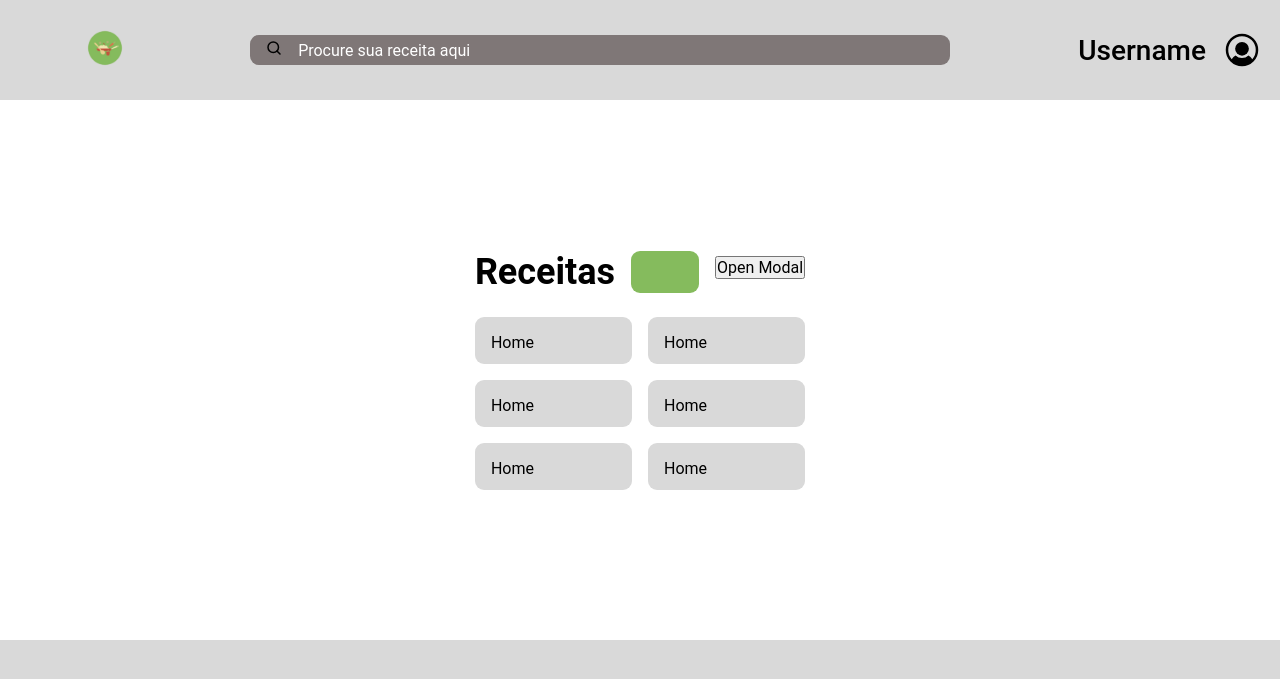
Repository: GabrielEduardoBrambilla/receitas-online
Page: /
These files come from the project's save history. The page is drawn as it stood at one moment and after the next save; the edit follows.
The browser window is 1280 px wide. The pictures show the whole page.
The project was rebuilt for these pictures with package versions that can differ from the ones it lists, and the page was loaded fresh each time. Also part of the build but not shown: vite.config.js.

Above is the page before, as saved 2024-04-15 21:02:31.

After the next save:
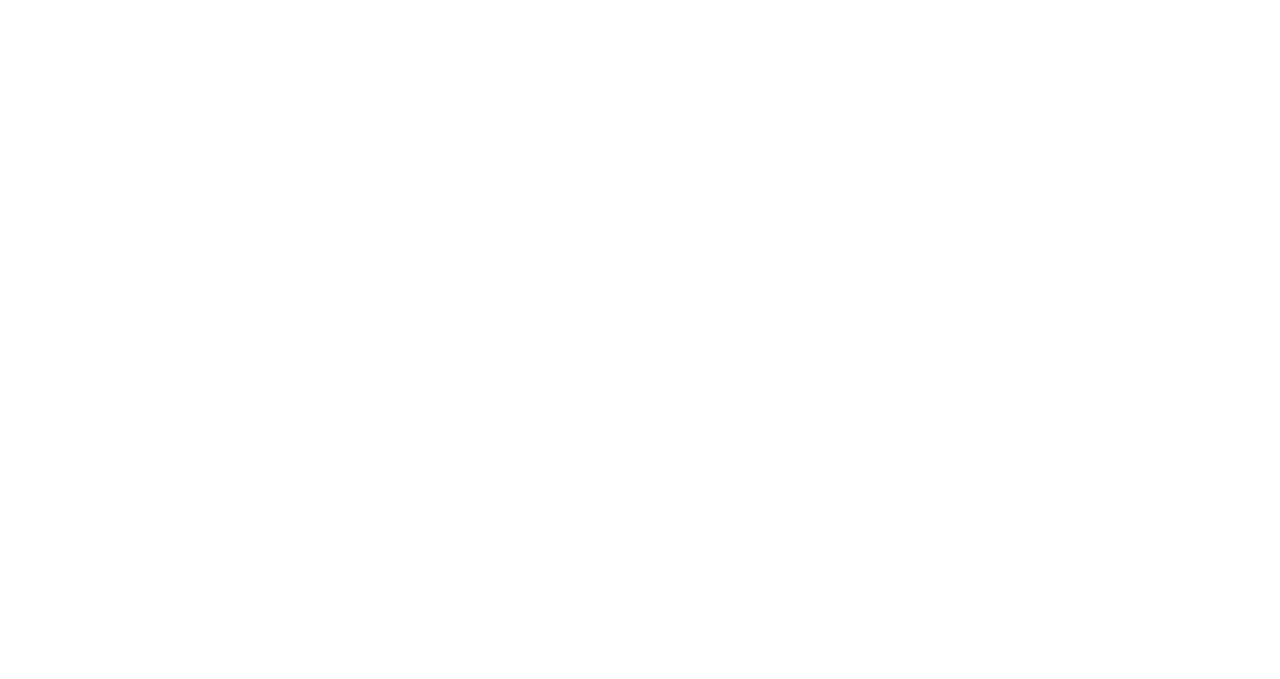
Console error: ReferenceError: buttonText is not defined
Saved 9 s later.
--- a/src/components/RecipeRegisterModal/index.jsx
+++ b/src/components/RecipeRegisterModal/index.jsx
@@ -17,7 +17,7 @@ export function RecipeRegisterModal() {
   }
 
   return <Container>
-      <button onClick={openModal}>Open Modal</button>
+      <button onClick={openModal}>{buttonText}</button>
       <Modal
         isOpen={modalIsOpen}
         onAfterOpen={afterOpenModal}

After the save that followed:
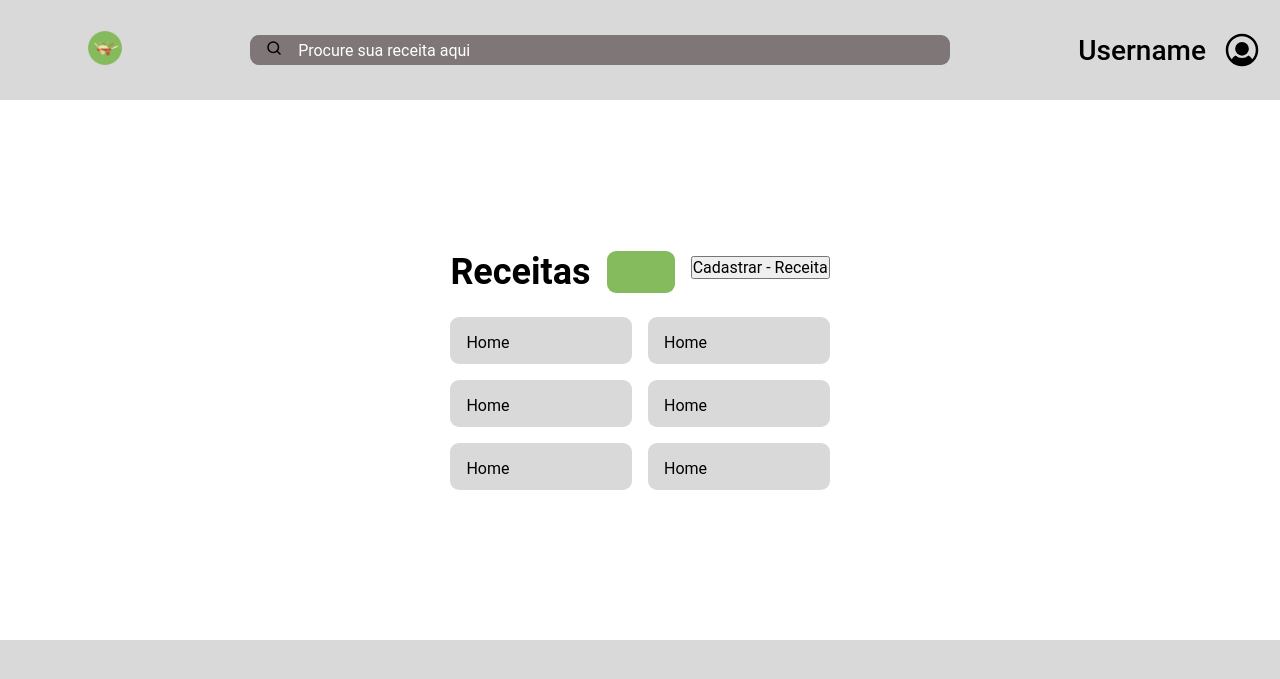
The error is gone.
Saved 6 s later.
--- a/src/components/RecipeRegisterModal/index.jsx
+++ b/src/components/RecipeRegisterModal/index.jsx
@@ -2,7 +2,7 @@ import React from 'react'
 import { Container } from './styles'
 import Modal from 'react-modal'
 
-export function RecipeRegisterModal() {
+export function RecipeRegisterModal({buttonText}) {
   const [modalIsOpen, setIsOpen] = React.useState(false);
 
   function openModal() {
